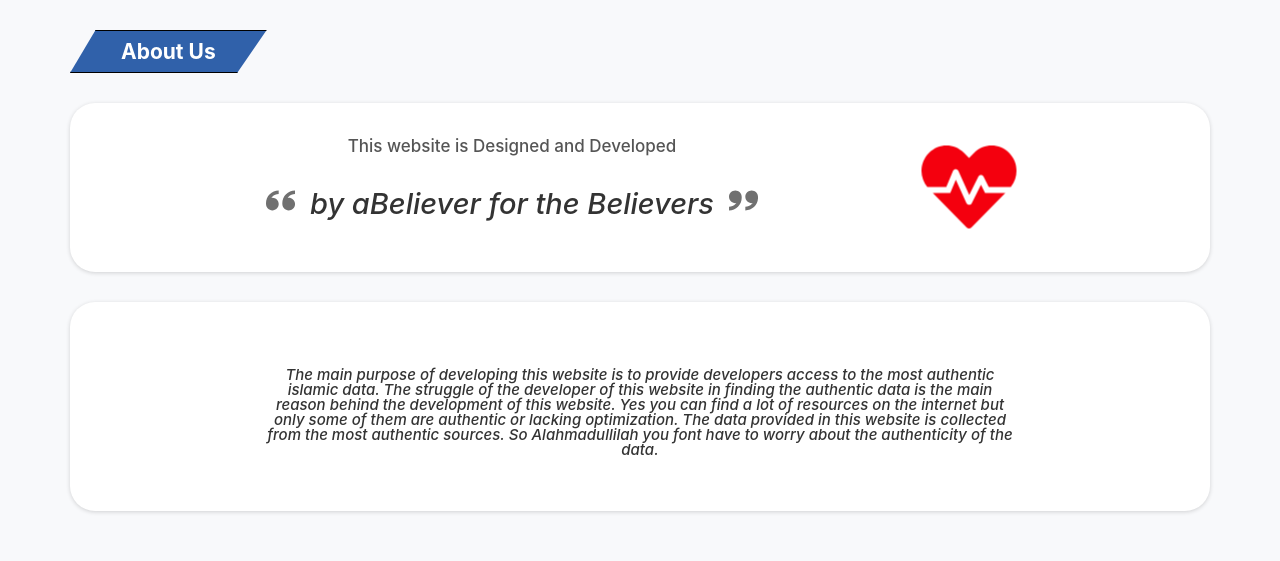
Repository: SpicierEwe/islamic-dev-repo
Page: /legal/about_us
These files come from the project's save history. The page is drawn as it stood at one moment and after a run of saves; the edit follows.
The browser window is 1280 px wide. The pictures show the whole page.
The project was rebuilt for these pictures with package versions that can differ from the ones it lists, and the page was loaded fresh each time. The framework's server and built-in components were replaced by stand-ins that run in the browser. Also part of the build but not shown: next.config.js.

Above is the page before, as saved 2022-09-16 17:33:16.

### pages/_app.js
import "../styles/globals.css";
import { DataContextProvider } from "../store/data_context";

function MyApp({ Component, pageProps }) {
  return (
    <DataContextProvider>
      <Component {...pageProps} />
    </DataContextProvider>
  );
}

export default MyApp;

### pages/legal/about_us.js
import AboutUs from "../../components/legal/about_us/about_us";

export default function Legal() {
  return (
    <div>
      <AboutUs></AboutUs>
    </div>
  );
}

### styles/globals.css
html,
body,
div,
span,
applet,
object,
iframe,
h1,
h2,
h3,
h4,
h5,
h6,
p,
blockquote,
pre,
a,
abbr,
acronym,
address,
big,
cite,
code,
del,
dfn,
em,
img,
ins,
kbd,
q,
s,
samp,
small,
strike,
strong,
sub,
sup,
tt,
var,
b,
u,
i,
center,
dl,
dt,
dd,
ol,
ul,
li,
fieldset,
form,
label,
legend,
table,
caption,
tbody,
tfoot,
thead,
tr,
th,
td,
article,
aside,
canvas,
details,
embed,
figure,
figcaption,
footer,
header,
hgroup,
menu,
nav,
output,
ruby,
section,
summary,
time,
mark,
audio,
video {
  margin: 0;
  padding: 0;
  border: 0;
  vertical-align: baseline;
}
/* HTML5 display-role reset for older browsers */
article,
aside,
details,
figcaption,
figure,
footer,
header,
hgroup,
menu,
nav,
section {
  display: block;
}
body {
  line-height: 1;
}
ol,
ul {
  list-style: none;
}
blockquote,
q {
  quotes: none;
}
blockquote:before,
blockquote:after,
q:before,
q:after {
  content: "";
  content: none;
}
table {
  border-collapse: collapse;
  border-spacing: 0;
}

/*

 ////////////////////////////////////////////////////////////////////////////from here are the styles
 //////////////////////////////////////////////////////////////////////////

*/

:root {
  --complementary-blue: #0077b6;
  --heading_black: #080808;
}

html {
  font-size: 62.5%;
}

html,
body {
  padding: 0;
  margin: 0;
  /* font-family: "Roboto", "Open Sans", sans-serif, -apple-system,
    BlinkMacSystemFont, Segoe UI, Roboto, Oxygen, Ubuntu, Cantarell, Fira Sans,
    Droid Sans, Helvetica Neue, sans-serif; */

  font-family: -apple-system, BlinkMacSystemFont, Segoe UI, Roboto, Oxygen,
    Ubuntu, Cantarell, Fira Sans, Droid Sans, Helvetica Neue, sans-serif;
  font-weight: 400;
  line-height: 1;
  color: #555;
  box-sizing: border-box;

  background-color: #f8f9fb;

  /* will make the website unselectable/copyable */
  /* -webkit-touch-callout: none;
  -webkit-user-select: none;
  -khtml-user-select: none;
  -moz-user-select: none;
  -ms-user-select: none;
  user-select: none; */
}

a {
  color: inherit;
  text-decoration: none;
}

* {
  box-sizing: border-box;
}

### store/data_context.js
import { createContext, useState } from "react";

const DataContext = createContext({
  db: [],
  downlodable_data: [],
  globaliseDataFunction: (data) => {},
  globaliseDownloadableData: (data) => {},
});

export function DataContextProvider(props) {
  const [db, setDb] = useState([]);
  const [downlodableData, setdownlodableData] = useState([]);

  // globalize db
  function globaliseData(data) {
    /// will update the data
    setDb(data);
  }

  // globalize db
  function globaliseDownloadableData(data) {
    /// will update the data
    setdownlodableData(data);
  }

  const context = {
    db: db,
    downlodable_data: downlodableData,
    globaliseDataFunction: globaliseData,
    globaliseDownloadableData: globaliseDownloadableData,
  };

  return (
    <DataContext.Provider value={context}>
      {props.children}
    </DataContext.Provider>
  );
}

export default DataContext;

### components/legal/about_us/about_us.js
import styles from "./about_us.module.css";
import Image from "next/image";
import { ImQuotesLeft, ImQuotesRight } from "react-icons/im";
import { FaHeartbeat } from "react-icons/fa";

export default function AboutUs(props) {
  return (
    <div className={styles.bg}>
      <h1 className={styles.page_title}>About Us</h1>
      <div className={styles.container_development}>
        <div>
          <p className={styles.intro}>This website is Designed and Developed</p>
          <blockquote>
            <h3 className={styles.quote}>
              <ImQuotesLeft color="#707070" style={{ marginRight: "1.5rem" }} />
              by aBeliever for the Believers
              <ImQuotesRight color="#707070" style={{ marginLeft: "1.5rem" }} />
            </h3>
          </blockquote>
        </div>
        <div className={styles.heart_icon}>
          <FaHeartbeat size="9rem" color="f4000e" />
        </div>
      </div>
      <div className={styles.container_development}>
        <p className={styles.summary}>
          The main purpose of developing this website is to provide developers
          access to the most authentic islamic data. The struggle of the
          developer of this website in finding the authentic data is the main
          reason behind the development of this website. Yes you can find a lot
          of resources on the internet but only some of them are authentic or
          lacking optimization. The data provided in this website is collected
          from the most authentic sources. So Alahmadullilah you font have to
          worry about the authenticity of the data.
        </p>
      </div>
    </div>
  );
}

### components/legal/about_us/about_us.module.css
.bg {
  /* background-color: red; */
  max-width: 120rem;
  padding: 0 3rem;
  margin: 0 auto;
}

.page_title {
  margin-top: 3rem;
  display: inline-block;
  clip-path: polygon(13% 0, 100% 0%, 85% 100%, 0% 100%);
  background-color: #3061aa;
  color: white;
  border: 1px solid black;
  padding: 1rem 5rem;
  font-size: 2.1rem;
}

.container_development {
  justify-content: center;
  align-items: center;
  display: flex;
  border-radius: 2.5rem;
  margin-top: 3rem;
  background-color: white;
  padding: 3.5rem 3rem;
  box-shadow: rgba(0, 0, 0, 0.16) 0px 1px 4px;
  justify-content: space-evenly;
}

.intro {
  text-align: center;
  font-weight: 500;
  color: #555;
  font-size: 1.7rem;
}

.quote {
  margin-top: 3rem;
  color: #333;
  font-weight: 500;
  font-size: 2.9rem;
  font-style: italic;
  padding-bottom: 1.9rem;
  text-align: center;
}

/* heart icon */
.heart_icon {
  animation: heartBeat 1.5s infinite;
}

/* heart icon animation */
@keyframes heartBeat {
  0% {
    transform: scale(1);
  }
  20% {
    transform: scale(1.1);
  }
  40% {
    transform: scale(1);
  }
  60% {
    transform: scale(1.1);
  }
  80% {
    transform: scale(1);
  }
  100% {
    transform: scale(1);
  }
}

.summary {
  margin-top: 3rem;
  max-width: 75rem;

  color: #333;
  font-weight: 500;
  font-size: 1.5rem;
  font-style: italic;
  padding-bottom: 1.9rem;
  text-align: center;
}

/* media query */
@media (max-width: 768px) {
  .container_development {
    flex-direction: column;
    row-gap: 1.5rem;
  }
}

After the next 2 saves:
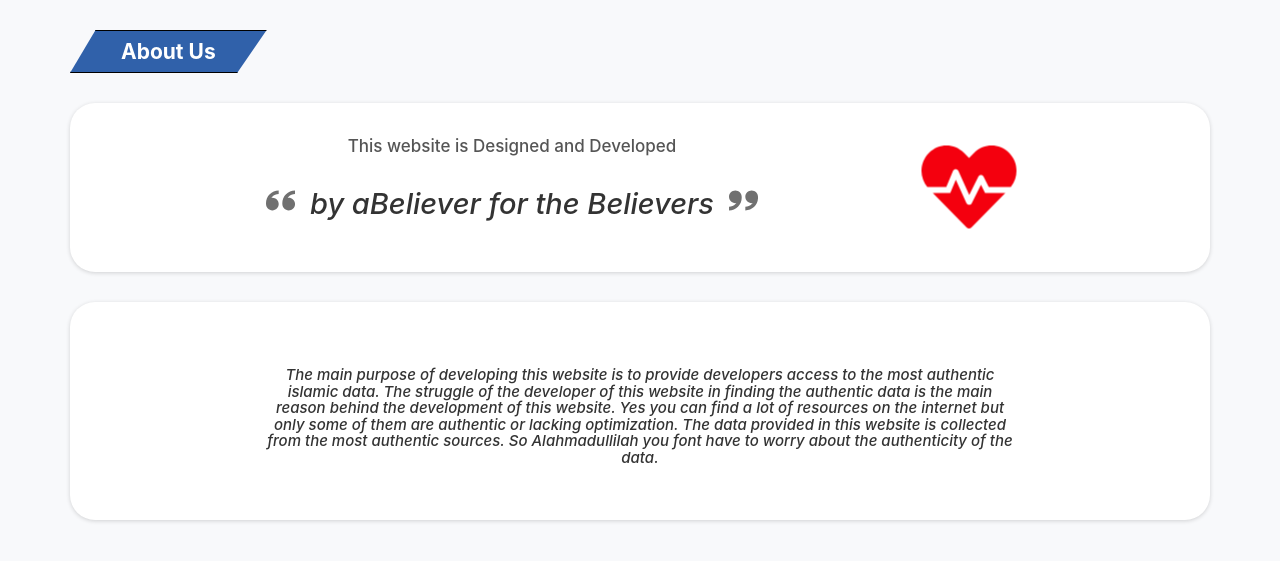
The 2 saves are shown as one change because they came seconds apart.
The last was saved 10 s later.
--- a/components/legal/about_us/about_us.module.css
+++ b/components/legal/about_us/about_us.module.css
@@ -75,7 +75,7 @@
 .summary {
   margin-top: 3rem;
   max-width: 75rem;
-
+  line-height: 1.1;
   color: #333;
   font-weight: 500;
   font-size: 1.5rem;
